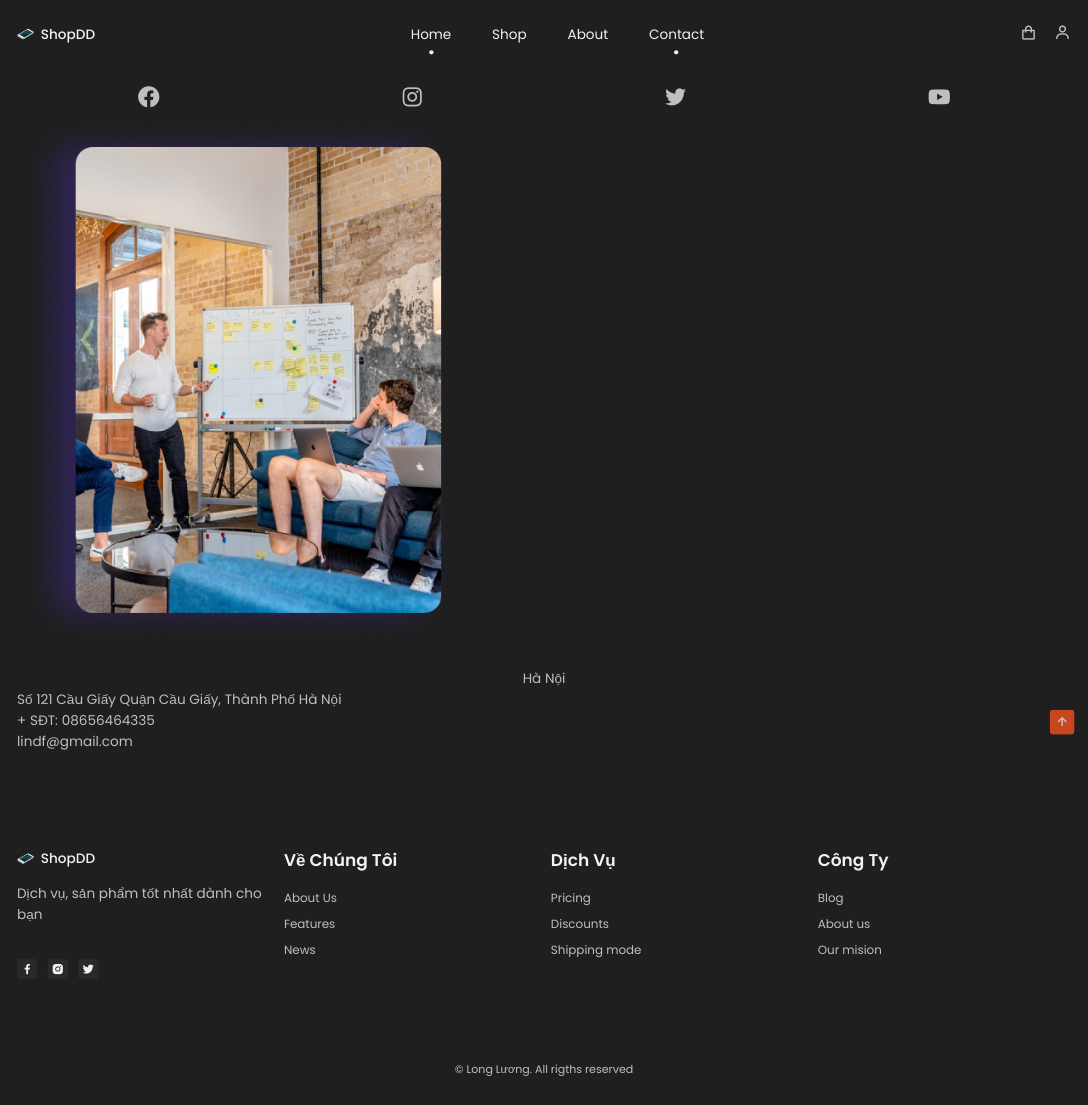
Repository: long5122000/Shopc
Page: contact.html
These files come from the project's save history. The page is drawn as it stood at one moment and after the next save; the edit follows.
The browser window is 1280 px wide. The pictures show the whole page, at 85% of full size.
The style sheet was rebuilt from its Sass, Less or Tailwind sources for each picture, by a compiler version that may differ from the author's.

Above is the page before, as saved 2021-12-01 10:03:45.

After the next save:
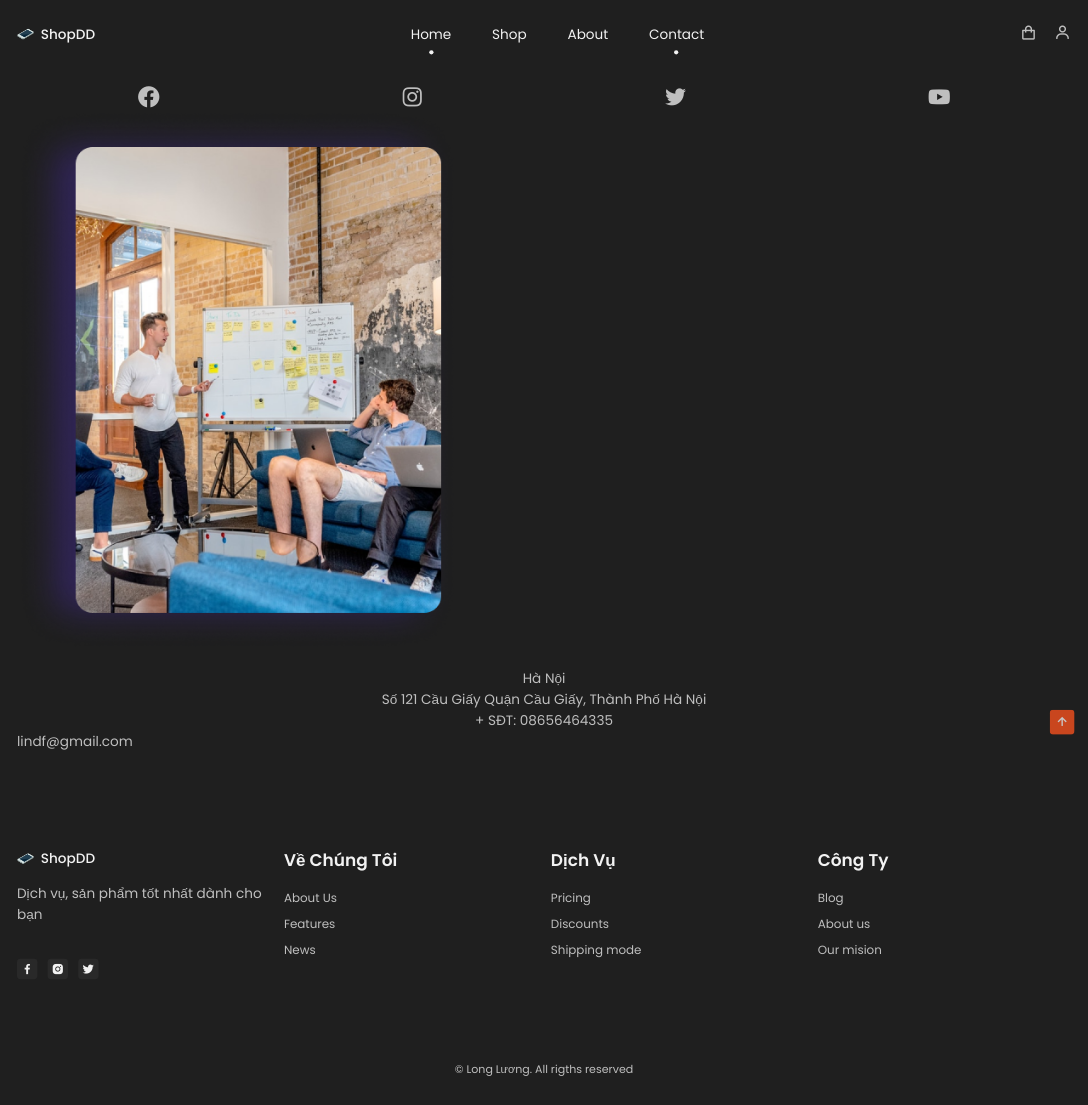
Saved 25 s later.
--- a/sass/_address.scss
+++ b/sass/_address.scss
@@ -4,7 +4,9 @@
     grid-template-columns: 1fr;
     gap: 20px 0;
   }
-  &__city {
+  &__city,
+  &__phone,
+  &__info {
     text-align: center;
   }
 }
